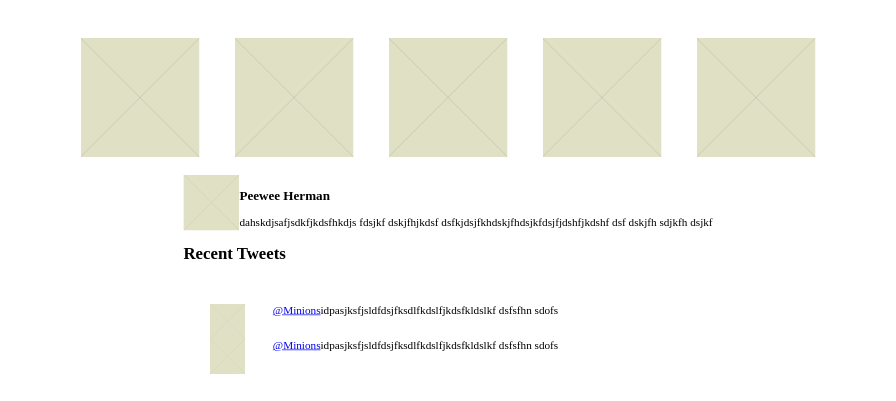
Repository: ReallyNguyen/responsive-web
Page: index.html
An editor plug-in stored every save of this project. The page is shown before and after the next save, followed by the edit.
The browser window is 1280 px wide. The pictures show the part of the page from y = 2215 to 4135 px (the page is 2788 px tall before and 4243 px after), at 70% of full size.

Above is the page before, as saved 2023-01-25 22:05:19.

### index.html
<!doctype html>
<html class="no-js" lang="">

<head>
  <meta charset="utf-8">
  <title></title>
  <meta name="description" content="">
  <meta name="viewport" content="width=device-width, initial-scale=1">

  <meta property="og:title" content="">
  <meta property="og:type" content="">
  <meta property="og:url" content="">
  <meta property="og:image" content="">

  <link rel="manifest" href="site.webmanifest">
  <link rel="apple-touch-icon" href="icon.png">
  <!-- Place favicon.ico in the root directory -->

  <link rel="stylesheet" href="css/normalize.css">
  <link rel="stylesheet" href="css/main.css">

  <meta name="theme-color" content="#fafafa">
</head>

<body>
  <header>
    <div class="nav-bar">
      <h1 class="company-name" >Metrolics</h1>
      <img class="logo" src="placeholder.svg" alt="company logo" width="50" height="50">
      <img class="accordian" src="placeholder.svg" alt="accordian here" width="50" height="50">

    </div>

    <div class="introduction">
      <h1> Hey guys! This is the Metrolics theme. It sports a responsive layout with a mobile layout.</h1>
    </div>


  </header>



  <article>

    <div class="Title">
      <h1>
        Things we do
      </h1>
      <p>
        ask what we do
      </p>
    </div>

    <main>

      <div class="Contents">
        <div class="Content">
          <img src="placeholder.svg" alt="" width="50" height="50">
          <div class="Description">
            <h4 class="topic">
              Web Solution
            </h4>
            <p> ajisdjsad</p>
          </div>
        </div>

        <div class="Content">
          <img src="placeholder.svg" alt="" width="50" height="50">
          <div class="Description">
            <h4 class="topic">
              Photography
            </h4>
            <p> ajisdjsad</p>
          </div>
        </div>

        <div class="Content">
          <img src="placeholder.svg" alt="" width="50" height="50">
          <div class="Description">
            <h4 class="topic">
              Web Development
            </h4>
            <p> ajisdjsad</p>
          </div>
        </div>

        <div class="Content">
          <img src="placeholder.svg" alt="" width="50" height="50">
          <div class="Description">
            <h4 class="topic">
              Web Design
            </h4>
            <p> ajisdjsad</p>
          </div>
        </div>



      </div>

      <div class="whats_up_lately">

        <div class="Title">
          <h1>
            What's up lately?
          </h1>
          <p>
            Read up on our latest work
          </p>
        </div>

        <div class="Boxes">
          <img class="Sample" src="placeholder.svg" alt="" width="360" height="360">
          <img class="Sample" src="placeholder.svg" alt="" width="360" height="360">
          <img class="Sample" src="placeholder.svg" alt="" width="360" height="360">
        </div>
      </div>

      <div class="our_latest_projects">

        <div class="Title">
          <h1>
            Our Latest Projects
          </h1>
          <p>
            Client happy? We are happy.
          </p>
        </div>

        <div class="Boxes">
          <img class="Sample" src="placeholder.svg" alt="">
          <img class="Sample" src="placeholder.svg" alt="">
          <img class="Sample" src="placeholder.svg" alt="">
          <img class="Sample" src="placeholder.svg" alt="">
          <img class="Sample" src="placeholder.svg" alt="">
          <img class="Sample" src="placeholder.svg" alt="">
        </div>
      </div>

      <div class="Bottom">
        <div class="Menu">
          <div class="Menu1">
            <h2>Sample According Menu</h2>
            <div class="Desc-Menu1"></div>
            <img src="placeholder.svg" alt="" width="150" height="150">
          </div>
          <h2>Sample According Menu 2</h2>
          <h2>Sample According Menu 3</h2>
        </div>
        <div class="Tabs">
          <h2>Tabs</h2>
          <h2>Tabs</h2>
          <h2>Tabs</h2>
        </div>
      </div>

      <div class="Companies">
        <img class="Companies-Logo" src="placeholder.svg" alt="">
        <img class="Companies-Logo" src="placeholder.svg" alt="">
        <img class="Companies-Logo" src="placeholder.svg" alt="">
        <img class="Companies-Logo" src="placeholder.svg" alt="">
        <img class="Companies-Logo" src="placeholder.svg" alt="">
      </div>


      <footer>

        <div class="founder">
          <img src="placeholder.svg" alt="" width="80" height="80">
          <div class="intro-text-box">
            <h3> Peewee Herman </h3>
            <p> dahskdjsafjsdkfjkdsfhkdjs fdsjkf dskjfhjkdsf dsfkjdsjfkhdskjfhdsjkfdsjfjdshfjkdshf dsf dskjfh sdjkfh dsjkf</p>
         </div>
        </div>



      <div class="recent-tweets">
        <h2> Recent Tweets </h2>


        <div class="social-box">

          <div class="social-box-contents">
          <img src="placeholder.svg" alt="" width="50" height="50">
          <div class="social-text-box">
            <a href="url"> @Minions </a>
            <p> idpasjksfjsldfdsjfksdlfkdslfjkdsfkldslkf dsfsfhn sdofs </p>
        </div>
         </div>

        <div class="social-box-contents">
          <img src="placeholder.svg" alt="" width="50" height="50">
          <div class="social-text-box">
            <a href="url"> @Minions </a>
            <p> idpasjksfjsldfdsjfksdlfkdslfjkdsfkldslkf dsfsfhn sdofs </p>
          </div>
        </div>

        </div>
      </div>

    </footer>

    </main>



  </article>
</body>

</html>

### css/main.css
.nav-bar {
  display: flex;
  flex-direction: row;
  justify-content: center;
  margin: 50px;
}

.introduction {
  display: flex;
  justify-content: center;
}

.founder {
  display: flex;
  justify-content: row;
}

.social-box {
  display: flex;
  justify-content: center;
  flex-direction: column;
  padding: 5%;

}



.social-text-box {
  display: flex;
  justify-content: center;
  padding-left: 40px;


}



.social-box-contents {
  display: flex;
  flex-direction: row;
}


article>div {
  margin: 15px;
}

.Title {
  display: flex;
  flex-direction: column;
  text-align: center;
  margin-top: 0;
}

main {
  display: flex;
  flex-direction: column;
  align-items: center;
}


.topic {
  margin: 0;
}

p {
  margin: 0px;
}

.Contents {
  display: flex;
  flex-direction: row;
}

.Content {
  display: flex;
  flex-direction: row;
  margin: 15px;
}

.Boxes {
  display: flex;
  display: flex;
  flex-wrap: wrap;
  justify-content: center;
}

.Sample {
  margin: 15px;
  width: 350px;
  height: 350px;
}

.Bottom {
  display: flex;
  flex-direction: row;
  margin: 50px;
}

.Menu {
  display: flex;
  flex-direction: column;
}

.Tabs {
  display: flex;
  flex-direction: row;
}

.Companies {
  display: flex;
  flex-direction: row;
}

.Companies-Logo {
  width: 170px;
  height: 170px;
  margin: 25px;
}

/* Small only */
@media screen and (max-width: 39.9375em) {
  header {
    display: flex;
    flex-direction: column;
    text-align: center;
    margin: 15px;
    font-size: 10px;
  }
}

/* Medium and up */
@media screen and (min-width: 40em) {
  h1 br {
    display: none;
  }

}

/* Medium only */
@media screen and (min-width: 40em) and (max-width: 63.9375em) {}

/* Large and up */
@media screen and (min-width: 64em) {}

/* Large only */
@media screen and (min-width: 64em) and (max-width: 74.9375em) {}

Loaded but not shown: css/normalize.css (library)

After the next save:
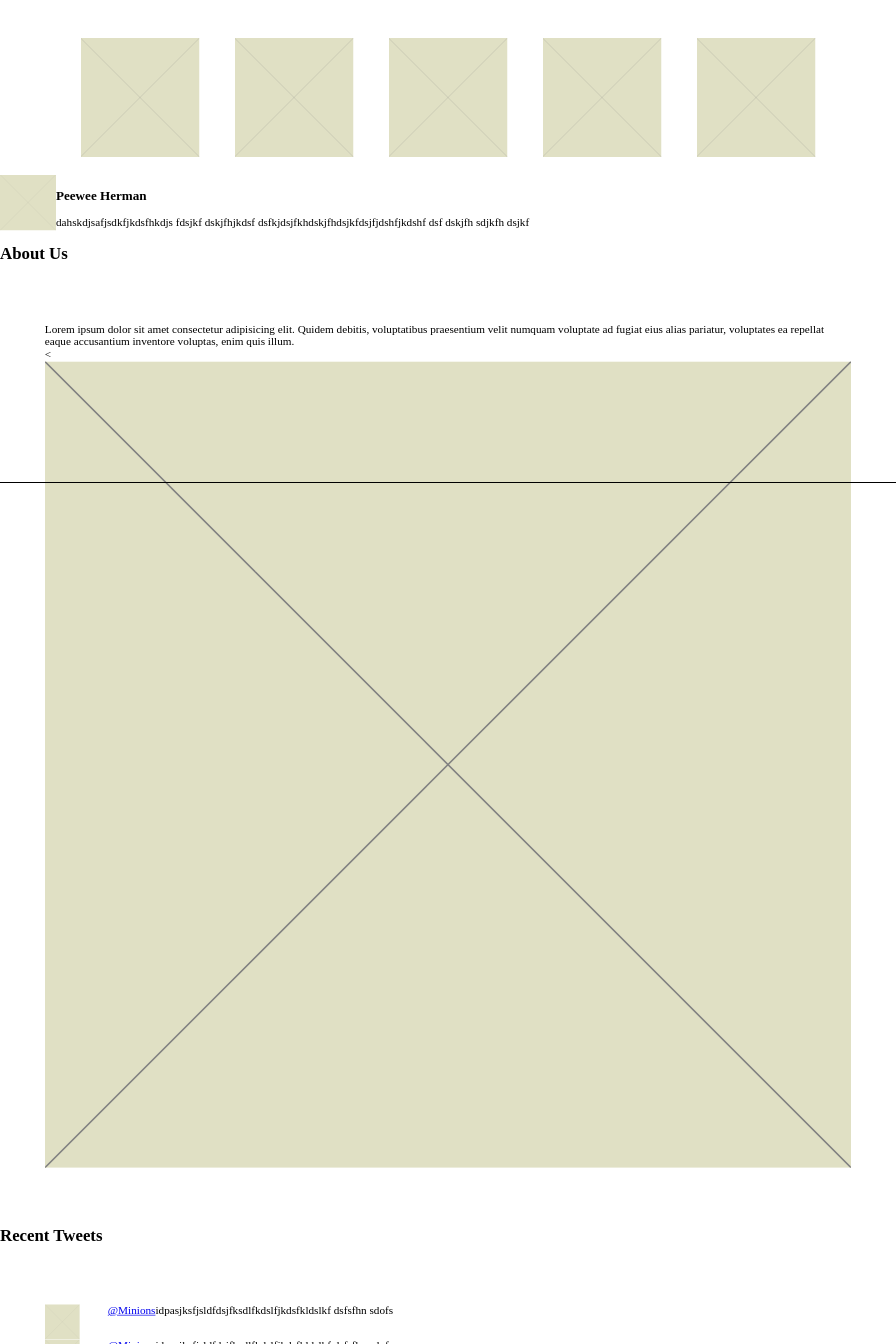
Saved 3 min 41 s later.
--- a/index.html
+++ b/index.html
@@ -174,6 +174,18 @@
         </div>
 
 
+      <div class="about-us">
+        <h2> About Us</h2>
+      <div class="social-box">
+        <p> Lorem ipsum dolor sit amet consectetur adipisicing elit. Quidem debitis, voluptatibus praesentium velit numquam voluptate ad fugiat eius alias pariatur, voluptates ea repellat eaque accusantium inventore voluptas, enim quis illum.</p>
+        <<img class="social-media" src="placeholder.svg" alt="">
+      </div>
+
+      </div>
+
+
+
+
 
       <div class="recent-tweets">
         <h2> Recent Tweets </h2>
